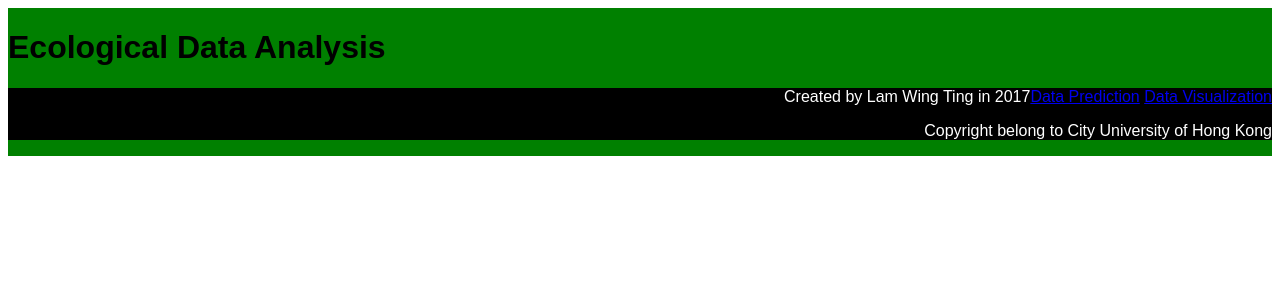
Repository: JenniferLam/FYP
Page: http://localhost/FYP_webapp/prediction/dataPred.html
These files come from the project's save history. The page is drawn as it stood at one moment and after the next save; the edit follows.
The browser window is 1280 px wide. The pictures show the whole page.
The page is served by Tomcat 9. Other server files are loaded and not shown.

Above is the page before, as saved 2018-01-28 21:51:31.

### WebAppDev/FYP_webapp/WebContent/prediction/dataPred.html
<!DOCTYPE html PUBLIC "-//W3C//DTD HTML 4.01 Transitional//EN" "http://www.w3.org/TR/html4/loose.dtd">
<html>
<head>
<meta http-equiv="Content-Type" content="text/html; charset=BIG5">
<link href="dataPred.css" type="text/css" rel="stylesheet">
<link href="../common.css" type="text/css" rel="stylesheet">
<title>Data Prediction</title>
</head>


<body>
	<div id="header">
		<h1>Ecological Data Analysis</h1>
		<div id="shortcut">
			<a href="../prediction/dataPred.html">Data Prediction</a>
			<a href="../visualization/result.html">Data Visualization</a>
		</div>

		<div id="footer">
			<p>Created by Lam Wing Ting in 2017</p>
			<p>Copyright belong to City University of Hong Kong</p>
		</div>
</body>
</html>

### WebAppDev/FYP_webapp/WebContent/common.css
body{
	font-family:Arial, Helvetica, sans-serif;
}
#header{
	float:left;
	width:100%;
	height:20%;
	display:inline-block;
	background-color:green;
}
#shortcut{
	float:right;
}
#footer{
	background-color:black;
	width:100%;
	color: white;
	text-align:right;
}

Loaded but not shown: WebAppDev/FYP_webapp/WebContent/prediction/dataPred.css (no copy from this time; the picture is the same without it)

After the next save:
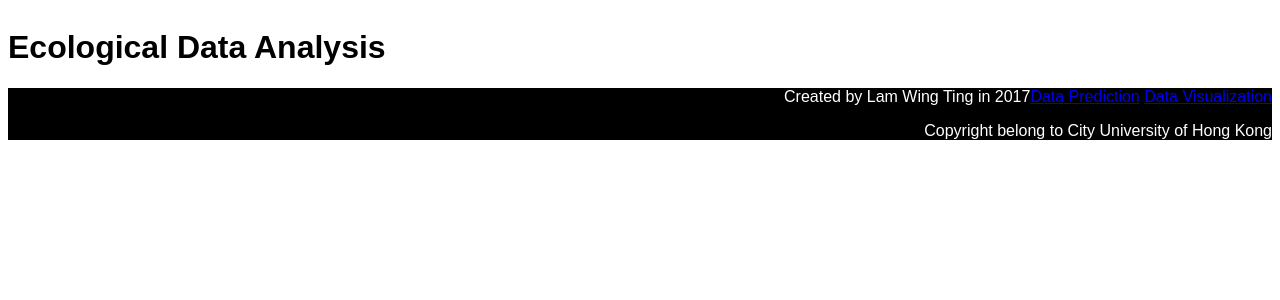
Saved 26 s later.
--- a/WebAppDev/FYP_webapp/WebContent/common.css
+++ b/WebAppDev/FYP_webapp/WebContent/common.css
@@ -6,7 +6,7 @@ body{
 	width:100%;
 	height:20%;
 	display:inline-block;
-	background-color:green;
+	background-rgb(230, 255, 245);
 }
 #shortcut{
 	float:right;
